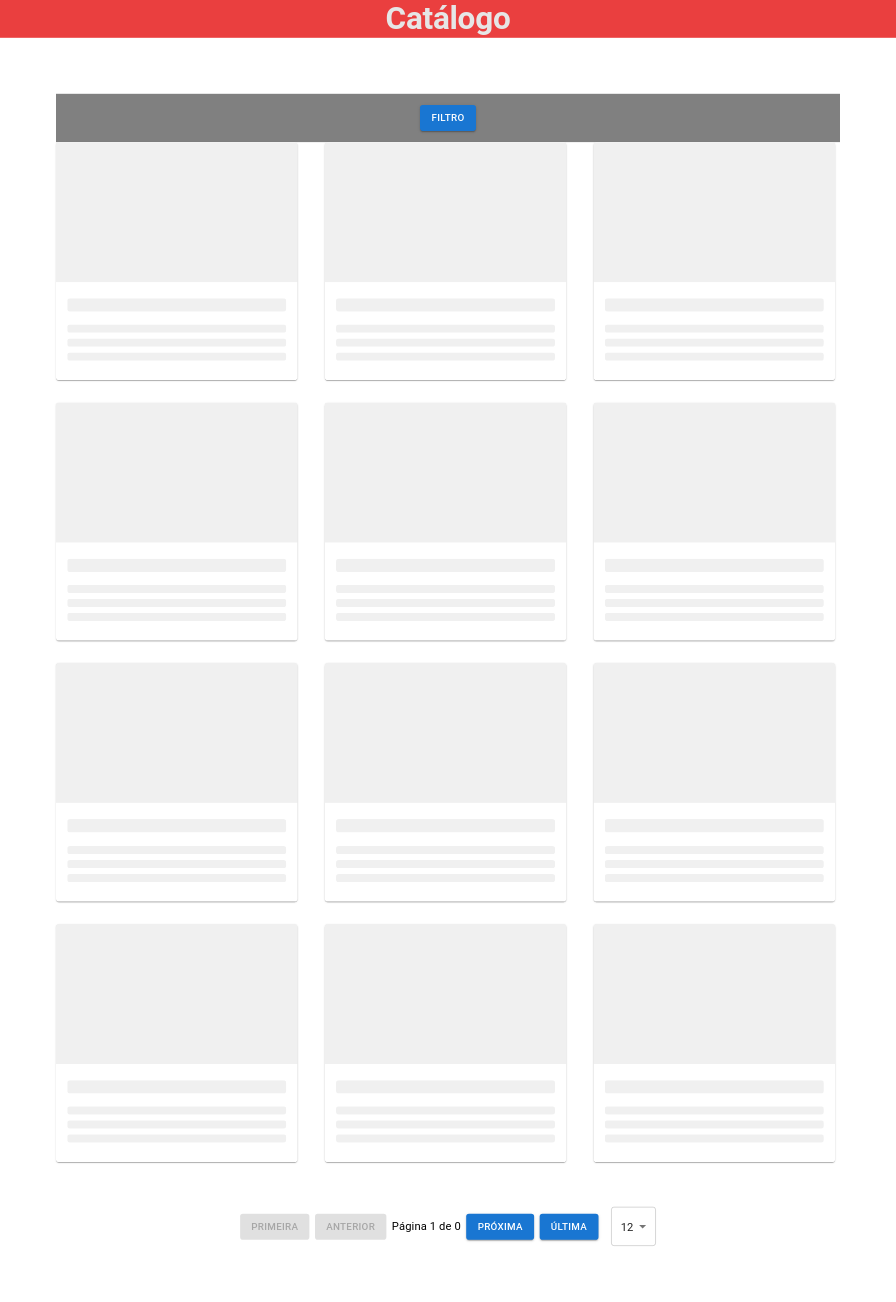
Repository: lenx0/PokeWiki-Front
Page: /
These files come from the project's save history. The page is drawn as it stood at one moment and after a run of saves; the edit follows.
The browser window is 1280 px wide. The pictures show the part of the page from y = 0 to 1920 px (the page is 1860 px tall before and 4840 px after), at 70% of full size.
The page's requests for data from a server got no answer. The project was rebuilt for these pictures with package versions that can differ from the ones it lists, and the page was loaded fresh each time. The framework's server and built-in components were replaced by stand-ins that run in the browser. No one was signed in, and anything a server would have sent is missing. Also part of the build but not shown: next.config.mjs.

Above is the page before, as saved 2024-02-17 12:21:10.

After the next 2 saves:
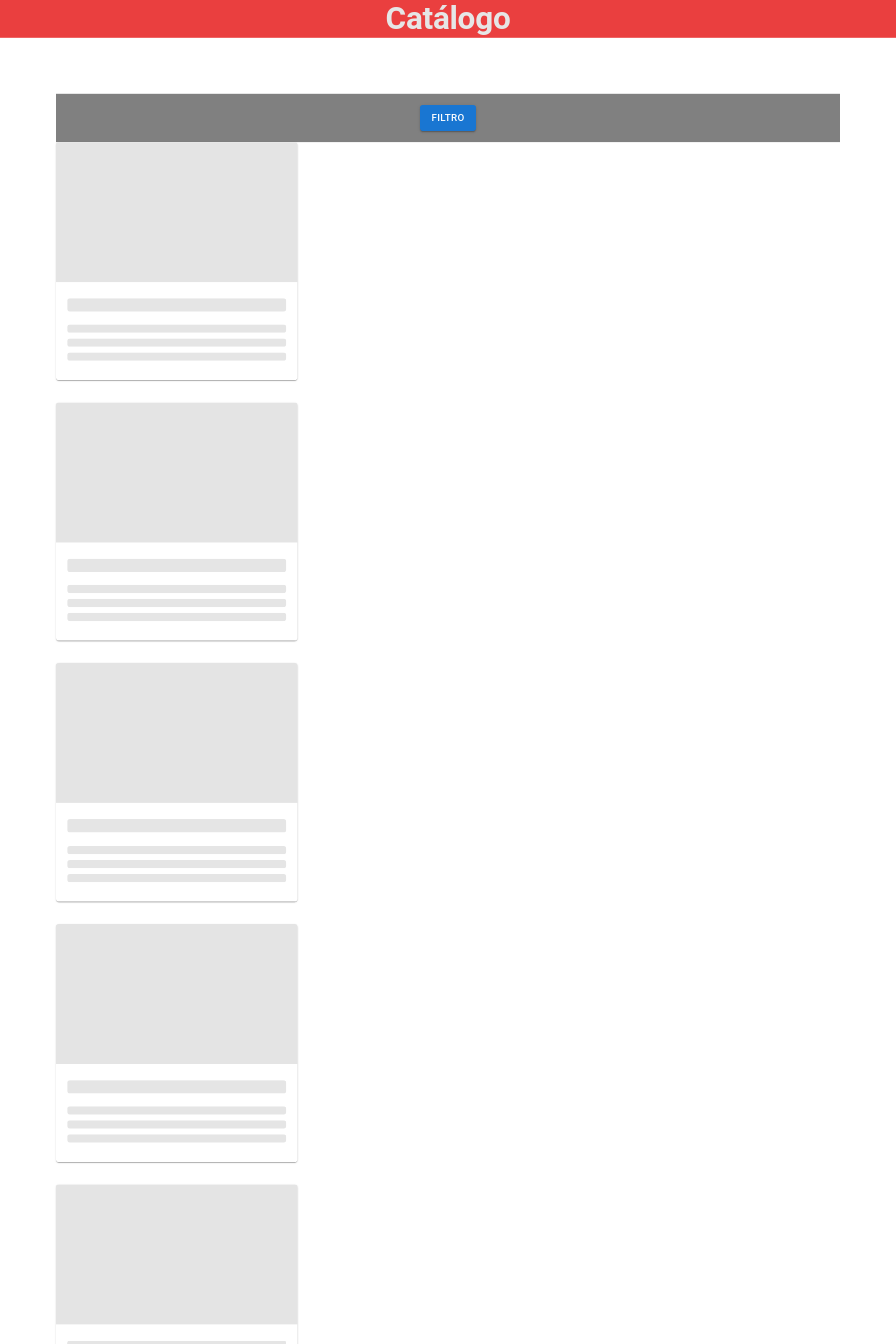
The 2 saves are shown as one change because they came seconds apart.
The last was saved 14 s later.
--- a/src/app/components/Cards/index.jsx
+++ b/src/app/components/Cards/index.jsx
@@ -62,7 +62,7 @@ export default function Cards() {
       <Grid container spacing={4}>
         {(loading || pokemonList.length === 0) &&
           Array.from({ length: itemsPerPage }).map((_, index) => (
-            <Grid item xl={12} xs={12} sm={6} md={4} key={index}>
+            <Grid item xl={12} lg={12} xs={12} sm={6} md={4} key={index}>
               <PokemonCardSkeleton />
             </Grid>
           ))}
